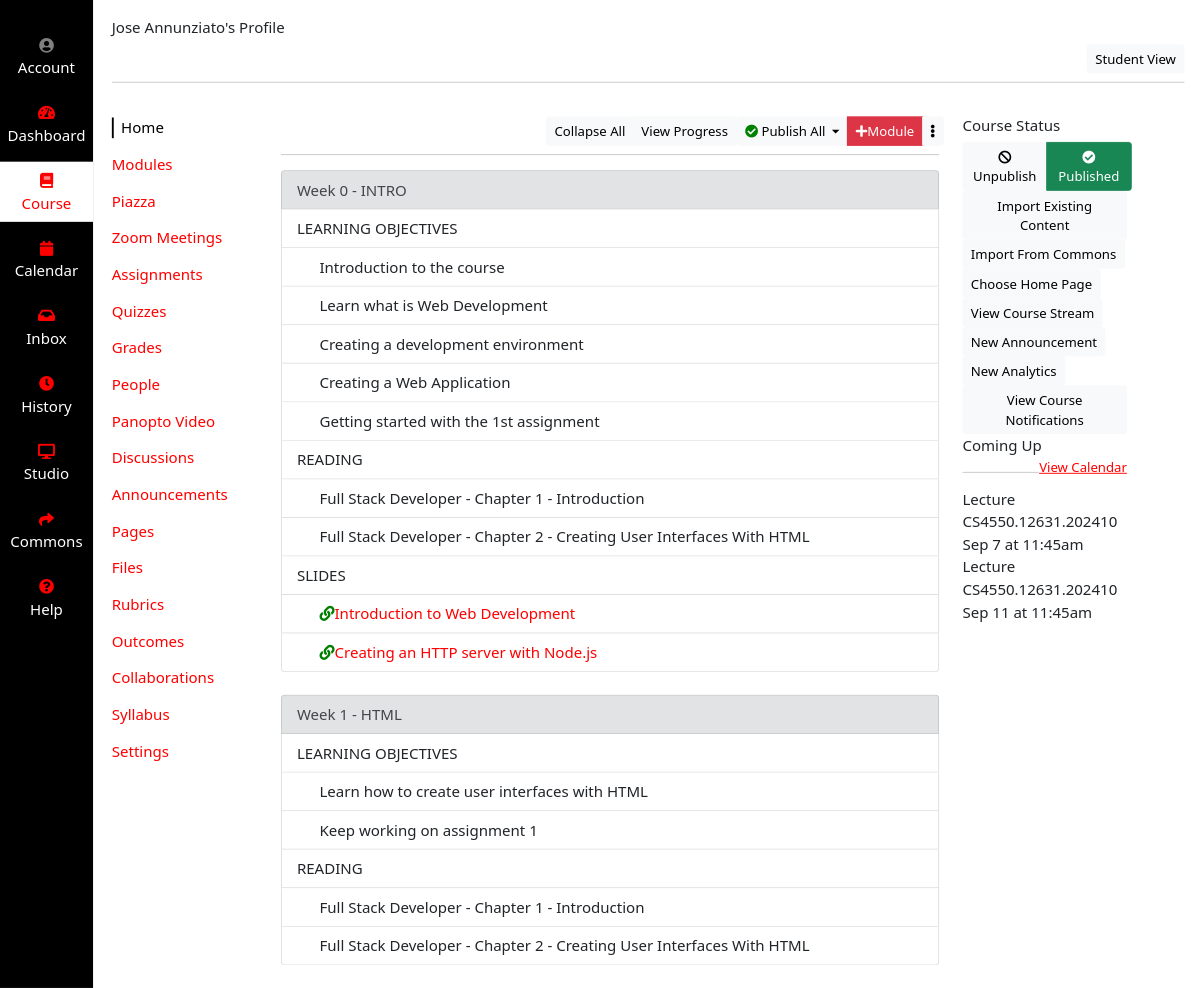
Repository: yuqiant/kanbas-react-web-app
Page: public/kanbas/home.html
These files come from the project's save history. The page is drawn as it stood at one moment and after the next save; the edit follows.
The browser window is 1280 px wide. The pictures show the whole page, at 94% of full size.

Above is the page before, as saved 2023-10-04 22:46:03.

### public/kanbas/home.html
<!DOCTYPE html>
<html lang="en">

<head>
    <meta charset="UTF-8">
    <meta name="viewport" content="width=device-width, initial-scale=1.0">
    <title>Flexbox Layout</title>
    <link rel="stylesheet" href="../vendors/fontawesome/css/all.min.css">
    <link rel="stylesheet" href="../vendors/bootstrap/css/bootstrap.min.css" />
    <link href="course/courseNavigation.css" rel="stylesheet" />
</head>

<body>
    <div class="flex-container">
        <div class="left-column">

            <ul>
                <li><i class="fa fa-user-circle fa-inverse" style="color: grey;"></i><a
                        href="account/account.html">Account</a> </li>
                <li><i class="fas fa-tachometer-alt" style="color: red;"></i><a href="#">Dashboard</a></li>
                <li class="active"><i class="fas fa-book" style="color: red;"></i><a href="course/courseNavigation.html"
                        style="color: red;">Course</a>
                </li>
                <li><i class="fas fa-calendar" style="color: red;""></i><a href=" #">Calendar</a></li>
                <li><i class="fas fa-inbox" style="color: red;"></i><a href="#">Inbox</a></li>
                <li><i class="fas fa-clock" style="color: red;"></i><a href="#">History</a></li>
                <li><i class="fas fa-desktop" style="color: red;"></i><a href="#">Studio</a></li>
                <li><i class="fas fa-share" style="color: red;"></i><a href="#">Commons</a></li>
                <li><i class="fas fa-question-circle" style="color: red;"></i><a href="#">Help</a></li>
            </ul>

        </div>
        <div class="right-column">

            <div class="right-top">
                <h6>Jose Annunziato's Profile</h6>
                <div class="float-sm-end"> <button class="btn btn-light btn-sm">Student View</button>
                </div><br />
                <hr />


            </div>
            <div class="right-bottom">


                <div class="right-bottom-item1">


                    <ul>
                        <li class="active"><a href="home.html" style="color: black;">Home</a></li>
                        <li><a href="#">Modules</a></li>
                        <li><a href="#">Piazza</a></li>
                        <li><a href="#">Zoom Meetings</a></li>
                        <li><a href="assignment/index.html">Assignments</a></li>
                        <li><a href="#">Quizzes</a></li>
                        <li><a href="grades.html">Grades</a></li>
                        <li><a href="#">People</a></li>
                        <li><a href="#">Panopto Video</a></li>
                        <li><a href="#">Discussions</a></li>
                        <li><a href="#">Announcements</a></li>
                        <li><a href="#">Pages</a></li>
                        <li><a href="#">Files</a></li>
                        <li><a href="#">Rubrics</a></li>
                        <li><a href="#">Outcomes</a></li>
                        <li><a href="#">Collaborations</a></li>
                        <li><a href="#">Syllabus</a></li>
                        <li><a href="coursesetting.html">Settings</a></li>
                    </ul>
                </div>

                <div class="right-bottom-item2">

                    <div class="float-sm-end">
                        <div class="btn-group" style="margin-right: -5px;">
                            <button class="btn btn-light btn-sm">Collapse All</button>
                            <button class="btn btn-light btn-sm">View Progress</button>

                            <div class="dropdown">
                                <button class="btn btn-light btn-sm dropdown-toggle" type="button"
                                    data-bs-toggle="dropdown" aria-expanded="false"><i class="fa fa-check-circle"
                                        aria-hidden="true" style="color: green;"></i>
                                    Publish All
                                </button>
                                <ul class="dropdown-menu">
                                    <li><a class="dropdown-item" href="#">Action</a></li>
                                    <li><a class="dropdown-item" href="#">Another action</a></li>
                                    <li><a class="dropdown-item" href="#">Something else here</a></li>
                                </ul>
                            </div>
                            <button class="btn btn-danger btn-sm"><i class="fa fa-plus"
                                    aria-hidden="true"></i>Module</button>
                            <button class="btn btn-light btn-sm"><i class="fa fa-ellipsis-v"
                                    aria-hidden="true"></i></button>
                        </div>

                    </div><br>
                    <hr />




                    <!-- Module 1 -->
                    <div class="list-group mb-4">
                        <a href="#" class="list-group-item list-group-item-secondary">Week 0 - INTRO</a>
                        <a href="#" class="list-group-item">LEARNING OBJECTIVES</a>
                        <!-- <ul class="list-group custom-indent"> -->
                        <li class="list-group-item custom-indent">Introduction to the course</li>
                        <li class="list-group-item custom-indent">Learn what is Web Development</li>
                        <li class="list-group-item custom-indent">Creating a development environment</li>
                        <li class="list-group-item custom-indent">Creating a Web Application</li>
                        <li class="list-group-item custom-indent">Getting started with the 1st assignment</li>
                        <!-- </ul> -->

                        <a href="#" class="list-group-item">READING</a>
                        <li class="list-group-item custom-indent">Full Stack Developer - Chapter 1 - Introduction</li>
                        <li class="list-group-item custom-indent">Full Stack Developer - Chapter 2 - Creating User
                            Interfaces With
                            HTML</li>


                        <a href="#" class="list-group-item">SLIDES</a>
                        <a href="#" class="list-group-item custom-indent" style="color: red;"><i class="fas fa-link"
                                style="color: green;"></i>Introduction to Web
                            Development</a>
                        <a href="#" class="list-group-item custom-indent" style="color: red;"><i class="fas fa-link"
                                style="color: green;"></i>Creating an HTTP server
                            with Node.js</a>


                    </div>

                    <div class="list-group mb-4">
                        <a href="#" class="list-group-item list-group-item-secondary">Week 1 - HTML</a>
                        <a href="#" class="list-group-item">LEARNING OBJECTIVES</a>
                        <!-- <ul class="list-group custom-indent"> -->
                        <li class="list-group-item custom-indent">Learn how to create user interfaces with HTML</li>
                        <li class="list-group-item custom-indent">Keep working on assignment 1</li>

                        <!-- </ul> -->

                        <a href="#" class="list-group-item">READING</a>
                        <li class="list-group-item custom-indent">Full Stack Developer - Chapter 1 - Introduction</li>
                        <li class="list-group-item custom-indent">Full Stack Developer - Chapter 2 - Creating User
                            Interfaces With
                            HTML</li>





                    </div>

                </div>

                <div class="right-bottom-item3">
                    <h6>Course Status</h6>
                    <div class="btn-group" style="margin-right: -5px;">
                        <button class="btn btn-light btn-sm"><i class="fas fa-ban"></i>Unpublish</button>
                        <button class="btn btn-success btn-sm"><i class="fa fa-check-circle" aria-hidden="true"></i>
                            Published</button>
                    </div><br />
                    <button class="btn btn-light btn-sm">Import Existing Content</button>
                    <button class="btn btn-light btn-sm">Import From Commons</button>
                    <button class="btn btn-light btn-sm">Choose Home Page</button>
                    <button class="btn btn-light btn-sm">View Course Stream</button>
                    <button class="btn btn-light btn-sm">New Announcement</button>
                    <button class="btn btn-light btn-sm">New Analytics</button>
                    <button class="btn btn-light btn-sm">View Course Notifications</button><br />

                    Coming Up
                    <div class="float-sm-end smaller-text"><a href="#" style="color: red;">View Calendar</a></div>
                    <hr />

                    <div class="part">
                        Lecture<br />
                        CS4550.12631.202410<br />
                        Sep 7 at 11:45am<br />
                    </div>

                    <div class="part">
                        Lecture<br />
                        CS4550.12631.202410<br />
                        Sep 11 at 11:45am<br />
                    </div>













                </div>


            </div>




        </div>

    </div>
    </div>
    </div>
</body>


</html>

### public/kanbas/course/courseNavigation.css
.flex-container {
    display: flex;
    height: 100%;
}

/* 左边列 */
.left-column {
    /* flex: 1; */
    /* 占据可用空间的一部分 */
    /* padding: 20px; */
    width: 0 0 80px;
    /* Adjust sidebar width as needed (between 75 and 85 pixels) */
    background-color: black;
    color: white;
    text-align: center;
    padding-top: 20px;
}

.left-column ul {
    list-style-type: none;
    padding: 0;
}

.left-column li {
    margin: 8px 0;
    /* Adjust margin between links as needed (between 5 and 10 pixels) */
    padding: 8px;
    /* Adjust padding around links as needed (between 5 and 10 pixels) */
}

.left-column li.active {
    color: red;
    background-color: white;


}



.left-column a {
    color: white;
    text-decoration: none;
    display: block;
}

.right-column {

    flex: 2;
    /* 占据可用空间的两部分 */
    display: flex;
    flex-direction: column;
    /* 垂直方向排列 */
}

/* 右上部分 */
.right-top {
    padding: 20px;
}

/* 右下部分分为三竖着的部分 */
.right-bottom {
    display: flex;
    flex-direction: row;
    /* 垂直方向排列 */
    flex: 1;
    /* 均分可用空间 */
}

/* 每个竖着的部分 */
.right-bottom-item {
    flex: 1;
    /* 均分可用空间 */
    padding: 10px;
}

.right-bottom-item1 {
    width: 200px;

    /* padding: 10px; */
    border-left: 25px
}

.right-bottom-item1 a {
    color: red;
    text-decoration: none;

}


.right-bottom-item1 ul {
    list-style: none;
    padding: 0;
}

.right-bottom-item1 li {
    margin-bottom: 15px;
    padding-left: 20px;
}

.right-bottom-item1 li.active a {
    color: black;
    padding-left: 8px;

    /* padding-right: 10px; */

    border-left: 2px solid black;
}


.right-bottom-item2 {
    width: 700px;

    /* padding: 10px; */
    border-left: 25px;
    /* flex-direction: column; */
}

.custom-indent {
    padding-left: 40px;
    /* 调整适当的缩进大小 */
}

.right-bottom-item3 {
    width: 200px;

    padding-left: 25px;
    /* padding: 10px; */
    /* border-left: 25px; */
    /* flex-direction: column; */
}

.smaller-text {
    font-size: 14px;
}

Loaded but not shown: public/vendors/fontawesome/css/all.min.css (library); public/vendors/bootstrap/css/bootstrap.min.css (library)

After the next save:
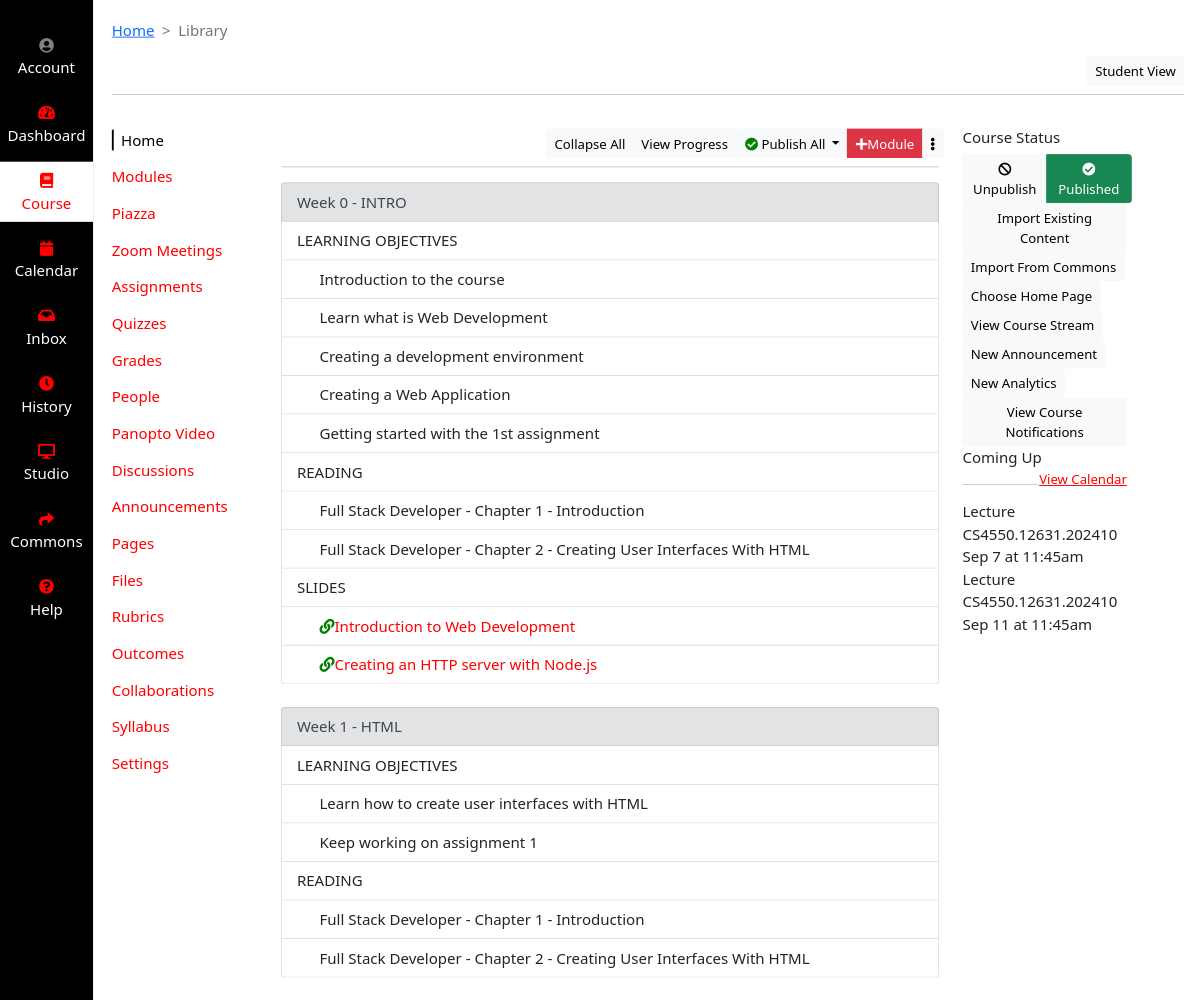
Saved 3 min 45 s later.
--- a/public/kanbas/home.html
+++ b/public/kanbas/home.html
@@ -33,7 +33,12 @@
         <div class="right-column">
 
             <div class="right-top">
-                <h6>Jose Annunziato's Profile</h6>
+                <nav style="--bs-breadcrumb-divider: '>';" aria-label="breadcrumb">
+                    <ol class="breadcrumb">
+                        <li class="breadcrumb-item"><a href="">Home</a></li>
+                        <li class="breadcrumb-item active" aria-current="page">Library</li>
+                    </ol>
+                </nav>
                 <div class="float-sm-end"> <button class="btn btn-light btn-sm">Student View</button>
                 </div><br />
                 <hr />
